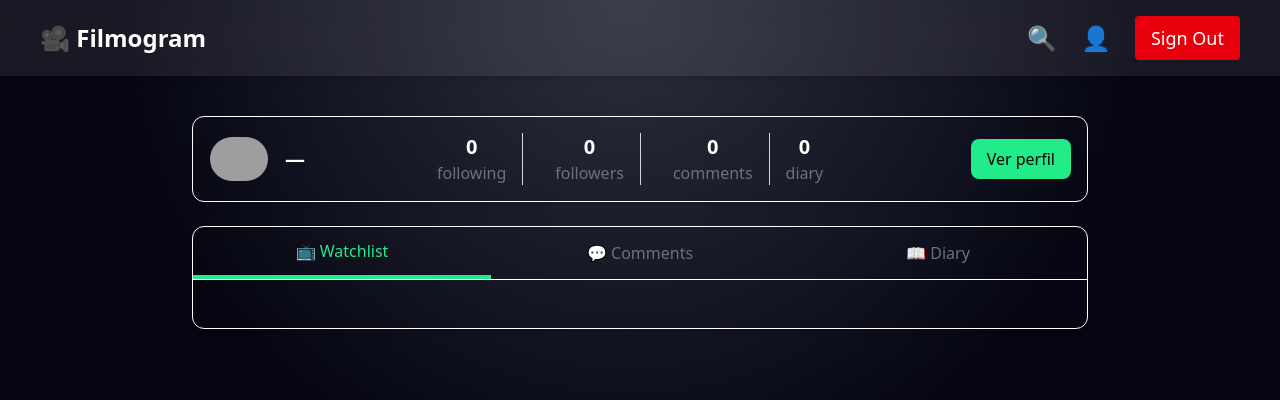
Repository: Leoonard1507/proyecto-final
Page: /client-profile
An editor plug-in stored every save of this project. The page is shown before and after the next save, followed by the edit.
The browser window is 1280 px wide. The pictures show the whole page.
Pictures or frames that could not be fetched are drawn as grey boxes. The page's requests for data from a server got no answer. The project was rebuilt for these pictures with package versions that can differ from the ones it lists, and the page was loaded fresh each time. The framework's server and built-in components were replaced by stand-ins that run in the browser. No one was signed in, and anything a server would have sent is missing. Also part of the build but not shown: next.config.ts, src/app/components/profileSections/userWatchlist.tsx, src/app/components/profileSections/userComments.tsx, src/app/components/profileSections/userDiary.tsx, src/libs/axios.ts, src/app/components/profileSections/searchFavsEdit.tsx, src/app/components/profileSections/addFavoritesModal.tsx, src/app/components/profileSections/FavMoviesList.tsx.

Above is the page before, as saved 2025-05-26 13:54:33.

### src/app/layout.tsx
// app/layout.tsx
"use client";

import { SessionProvider } from "next-auth/react";
import "../styles/globals.css";
import { ToastContainer } from 'react-toastify';
import 'react-toastify/dist/ReactToastify.css';


export default function RootLayout({ children }: { children: React.ReactNode }) {
  return (
    <html lang="es">
      <head>
        <title>Filmogram</title>
        <meta name="description" content="Gestiona tu perfil en El Santuario." />
      </head>
      <body className="flex flex-col text-white antialiased">
        {/* Fondo con contenedor dedicado */}
        <div className="min-h-screen w-full bg-radial-pattern">
          <SessionProvider>{children}</SessionProvider>
        </div>
        <ToastContainer />
      </body>
    </html>
  );
}

### src/app/client-profile/page.tsx
"use client";

import { useState, useEffect } from "react";
import { useSession } from "next-auth/react";
import Image from "next/image";
import Navbar from "@/app/components/Navbar";
import { toast } from "react-toastify";
import Watchlist from "../components/profileSections/userWatchlist";
import Comments from "../components/profileSections/userComments";
import Diary from "../components/profileSections/userDiary";
import FavoriteMoviesSection from "../components/profileSections/addFavoritesModal"; // para elegir favs
import FavoriteMoviesList from "../components/profileSections/FavMoviesList"; // para mostrar las favs en el perfil

export default function ProfilePage() {
  const { data: session } = useSession();

  const [name, setName] = useState("");
  const [nickname, setNickname] = useState("");
  const [usermail, setUsermail] = useState("");
  const [role, setRole] = useState("");
  const [birthdate, setBirthdate] = useState("");
  const [loading, setLoading] = useState(false);
  const [isModalOpen, setIsModalOpen] = useState(false);
  const [description, setDescription] = useState("");
  const [avatar, setAvatar] = useState("");
  const [userId, setUserId] = useState("");
  const [showDetails, setShowDetails] = useState(false);
  const [isPasswordModalOpen, setIsPasswordModalOpen] = useState(false);
  const [currentPassword, setCurrentPassword] = useState("");
  const [newPassword, setNewPassword] = useState("");
  const [repeatPassword, setRepeatPassword] = useState("");
  const [activeTab, setActiveTab] = useState("watchlist");
  const [followingCount, setFollowingCount] = useState<number | null>(null);
  const [followerCount, setFollowerCount] = useState<number | null>(null);
  const [commentsCount, setCommentsCount] = useState<number | null>(null);
  const [diaryCount, setDiaryCount] = useState<number | null>(null);

  useEffect(() => {
    if (session?.user?.id) {
      setUserId(session.user.id);
      fetchUserData(session.user.id);
      fetchFollowingCount(session.user.id);
      fetchFollowerCount(session.user.id);
      fetchCommentsCount(session.user.id);
      fetchDiaryCount(session.user.id);
    }
  }, [session]);

  const fetchFollowingCount = async (userId: string) => {
    try {
       const res = await fetch(`/api/seguidos/${userId}`);
      if (!res.ok) throw new Error("Failed to fetch following count");
      const data = await res.json();
      setFollowingCount(data[0]?.following_count ?? 0);
    } catch (error) {
      console.error("Error fetching following count:", error);
      setFollowingCount(0);
    }
  };

  const fetchFollowerCount = async (userId: string) => {
    try {
       const res = await fetch(`/api/seguidores/${userId}`);
      if (!res.ok) throw new Error("Failed to fetch follower count");
      const data = await res.json();
      setFollowerCount(data[0]?.followers_count ?? 0);
    } catch (error) {
      console.error("Error fetching follower count:", error);
      setFollowerCount(0);
    }
  };

  const fetchCommentsCount = async (userId: string) => {
    try {
       const res = await fetch(`/api/countComments/${userId}`);
      if (!res.ok) throw new Error("Failed to fetch comments count");
      const data = await res.json();
      setCommentsCount(data[0]?.comments_count ?? 0);
    } catch (error) {
      console.error("Error fetching comments count:", error);
      setCommentsCount(0);
    }
  };

  const fetchDiaryCount = async (userId: string) => {
    try {
       const res = await fetch(`/api/countDiary/${userId}`);
      if (!res.ok) throw new Error("Failed to fetch diary count");
      const data = await res.json();
      setDiaryCount(data[0]?.diarys_count ?? 0);
    } catch (error) {
      console.error("Error fetching diary count:", error);
      setDiaryCount(0);
    }
  };

  const fetchUserData = async (userId: string) => {
    try {
      const res = await fetch(`/api/user/${userId}`);
      if (!res.ok) throw new Error("No se pudo obtener el usuario");
      const user = await res.json();

      setName(user.name || "");
      setUsermail(user.email || "");
      setRole(user.role || "");
      setBirthdate(user.birthdate || "");
      setNickname(user.nickName || "");
      setDescription(user.description || "");
      setAvatar(user.avatar || `https://api.dicebear.com/7.x/bottts/png?seed=${user.id}`);
      // setFavoriteMovies(user.favorites || []); // Si decides usar favoritas aquí
    } catch (error) {
      console.error("Error al cargar datos del usuario:", error);
    }
  };

  const updateUserProfile = async () => {
    setLoading(true);
    try {
      const dataToSend = {
        nickname,
        name,
        email: usermail,
        role,
        description,
        birthdate,
        avatar,
        currentPassword,
        newPassword,
        // favorites: favoriteMovies,
      };

      const response = await fetch("/api/user/update", {
        method: "POST",
        headers: { "Content-Type": "application/json" },
        body: JSON.stringify(dataToSend),
      });

      if (!response.ok) {
        const errorData = await response.json();
        console.error("Error en la respuesta:", errorData);
        throw new Error(errorData.message || "Error al actualizar el perfil");
      }

      const responseData = await response.json();
      toast.success(responseData.message);

      setIsModalOpen(false);
      setIsPasswordModalOpen(false);
      setCurrentPassword("");
      setNewPassword("");
      setRepeatPassword("");
      await fetchUserData(userId);
    } catch (error: any) {
      toast.error(error.message || "Error al actualizar el perfil");
      console.error(error);
    } finally {
      setLoading(false);
    }
  };

  const handleSubmit = (e: React.FormEvent) => {
    e.preventDefault();
    updateUserProfile();
  };

  return (
    <div className="min-h-screen text-white">
      {/* Navbar */}
      <Navbar />
      {/* Contenedor de perfil */}
      <div className="max-w-4xl mx-auto mt-10 space-y-6">
        {/* Perfil compacto */}
        <div className="flex items-center justify-between border rounded-xl shadow-md p-4">
          <div className="flex items-center space-x-4">
            <Image
              src={avatar || "https://api.dicebear.com/7.x/bottts/png?seed=default"}
              alt="Avatar"
              width={60}
              height={60}
              className="rounded-full border"
            />
            <span className="text-xl font-semibold">{nickname || "—"}</span>
            <div className="flex flex-col ml-25 items-center border-r border-gray-300 px-4">
              <span className="text-base font-semibold text-xl">
                {followingCount !== null ? followingCount : "0"}
              </span>
              <span className="text-base text-gray-500">following</span>
            </div>
            <div className="flex flex-col items-center border-r border-gray-300 px-4">
              <span className="text-base font-semibold text-xl">
                 {followerCount !== null ? followerCount : "0"}
              </span>
              <span className="text-base text-gray-500">followers</span>
            </div>
            <div className="flex flex-col items-center border-r border-gray-300 px-4">
              <span className="text-base font-semibold text-xl">
                 {commentsCount !== null ? commentsCount : "0"}
              </span>
              <span className="text-base text-gray-500">comments</span>
            </div>
            <div className="flex flex-col items-center">
              <span className="text-base font-semibold text-xl">
                 {diaryCount !== null ? diaryCount : "0"}
              </span>
              <span className="text-base text-gray-500">diary</span>
            </div>
          </div>
          <button
            onClick={() => setShowDetails((prev) => !prev)}
            className="bg-[#22ec8a] text-black px-4 py-2 rounded-lg hover:opacity-70 transition"
          >
            {showDetails ? "Ocultar perfil" : "Ver perfil"}
          </button>
        </div>

        {/* Perfil detallado */}
        {showDetails && (
          <div className="border rounded-xl shadow-inner p-6 space-y-6">
            <div className="grid grid-cols-1 sm:grid-cols-2 gap-4">
              <ProfileField label="Nombre completo" value={name} />
              <ProfileField label="Correo" value={usermail} />
              <ProfileField label="Fecha de nacimiento" value={birthdate} />
              <ProfileField label="Rol" value={role} />
              <div className="sm:col-span-2">
                <ProfileField label="Descripción" value={description} />
              </div>
            </div>
            <div className="flex space-x-4">
              <button
                type="button"
                disabled={loading}
                onClick={() => setIsModalOpen(true)}
                className="bg-[#22ec8a] text-black px-4 py-2 rounded-md hover:opacity-70 transition"
              >
                Editar perfil
              </button>
              <button
                type="button"
                disabled={loading}
                onClick={() => setIsPasswordModalOpen(true)}
                className="bg-gray-200 text-gray-800 px-4 py-2 rounded-md hover:bg-gray-300 transition"
              >
                Cambiar contraseña
              </button>
            </div>
          </div>
        )}

        {/* Mostrar las favoritas */}
        {userId && (
          <div className="border rounded-xl shadow-md p-6 mt-6">
            <FavoriteMoviesList userId={userId} />
          </div>
        )}

        {/* Tabs para mostrar contenido */}
        <div className="border rounded-xl shadow-md">
          <div className="flex border-b">
            <button
              onClick={() => setActiveTab("watchlist")}
              className={`flex-1 py-3 text-center font-medium ${
                activeTab === "watchlist"
                  ? "border-b-4 border-[#22ec8a] text-[#22ec8a]"
                  : "text-gray-500 hover:text-[#22ec8a]"
              }`}
            >
              📺 Watchlist
            </button>
            <button
              onClick={() => setActiveTab("comments")}
              className={`flex-1 py-3 text-center font-medium ${
                activeTab === "comments"
                  ? "border-b-4 border-[#22ec8a] text-[#22ec8a]"
                  : "text-gray-500 hover:text-[#22ec8a]"
              }`}
            >
              💬 Comments
            </button>
            <button
              onClick={() => setActiveTab("diary")}
              className={`flex-1 py-3 text-center font-medium ${
                activeTab === "diary"
                  ? "border-b-4 border-[#22ec8a] text-[#22ec8a]"
                  : "text-gray-500 hover:text-[#22ec8a]"
              }`}
            >
              📖 Diary
            </button>
          </div>
          <div className="p-6">
            {activeTab === "watchlist" && userId && <Watchlist userId={userId} />}
            {activeTab === "comments" && userId && <Comments userId={userId} />}
            {activeTab === "diary" && userId && <Diary userId={userId} />}
          </div>
        </div>
      </div>

      {/* Modal cambiar contraseña */}
      {isPasswordModalOpen && (
        <div className="fixed inset-0 bg-black bg-opacity-40 flex justify-center items-center z-50">
          <div className="bg-white text-black p-8 rounded-lg max-w-md w-full relative shadow-lg">
            <button
              onClick={() => setIsPasswordModalOpen(false)}
              className="absolute top-3 right-3 text-gray-600 hover:text-gray-800 text-xl"
              aria-label="Close password modal"
            >
              ✖
            </button>

            <h2 className="text-2xl font-bold mb-5">Change Password</h2>

            <form
              onSubmit={async (e) => {
                e.preventDefault();
                if (newPassword !== repeatPassword) {
                  alert("Las contraseñas nuevas no coinciden.");
                  return;
                }

                try {
                  await updateUserProfile();
                  setIsPasswordModalOpen(false);
                  setCurrentPassword("");
                  setNewPassword("");
                  setRepeatPassword("");
                } catch (err) {
                  alert(err);
                  console.error(err);
                }
              }}
              className="space-y-4"
            >
              <Input label="Current password" value={currentPassword} onChange={setCurrentPassword} type="password" />
              <Input label="New password" value={newPassword} onChange={setNewPassword} type="password" />
              <Input label="Repeat new password" value={repeatPassword} onChange={setRepeatPassword} type="password" />

              <button
                type="submit"
                className="bg-blue-600 text-white w-full p-2 rounded-lg hover:bg-blue-700 transition"
              >
                Save New Password
              </button>
            </form>
          </div>
        </div>
      )}

      {/* Modal editar perfil */}
      {isModalOpen && (
        <div className="fixed inset-0 bg-black bg-opacity-40 flex justify-center items-center z-50">
          <div className="bg-white text-black p-6 rounded-lg max-w-xl w-full relative shadow-lg space-y-4">
            <button
              onClick={() => setIsModalOpen(false)}
              className="absolute top-3 right-3 text-gray-600 hover:text-gray-800 text-xl"
              aria-label="Close profile edit modal"
            >
              ✖
            </button>

            <h2 className="text-2xl font-bold">Editar perfil</h2>

            <form onSubmit={handleSubmit} className="space-y-4">
              <div>
                <label className="block font-medium mb-1">Avatar</label>
                <div className="flex space-x-3">
                  {["cat", "robot", "alien", "monster", "Sawyer"].map((type) => {
                    const url = `https://api.dicebear.com/7.x/bottts/png?seed=${type}`;
                    return (
                      <Image
                        key={type}
                        src={url}
                        alt={`avatar ${type}`}
                        width={60}
                        height={60}
                        onClick={() => setAvatar(url)}
                        className={`cursor-pointer rounded-full border-2 ${
                          avatar === url ? "border-blue-600" : "border-transparent"
                        }`}
                      />
                    );
                  })}
                </div>
              </div>

              <Input label="Nombre" value={name} onChange={setName} />
              <Input label="Apodo" value={nickname} onChange={setNickname} />
              <Input label="Fecha de nacimiento" value={birthdate} onChange={setBirthdate} />
              <Input label="Descripción" value={description} onChange={setDescription} />

              {/* la sección de películas favoritas */}
              <div>
                <h3 className="font-semibold mb-1">Favorite films</h3>
                {session?.user?.id && <FavoriteMoviesSection userId={session.user.id} />}
              </div>

              <button
                type="submit"
                className="bg-blue-600 text-white w-full py-2 rounded hover:bg-blue-700 disabled:opacity-50"
                disabled={loading}
              >
                {loading ? "Saving..." : "Save Changes"}
              </button>
            </form>
          </div>
        </div>
      )}
    </div>
  );
}

// Componente reutilizable para mostrar campos
function ProfileField({ label, value }: { label: string; value: string }) {
  return (
    <div>
      <label className="block text-sm font-medium text-[#22ec8a] mb-1">{label}</label>
      <p className="text-white border border-gray-700 rounded p-2">{value || "—"}</p>
    </div>
  );
}

// Componente reutilizable de inputs
function Input({
  label,
  value,
  onChange,
  type = "text",
}: {
  label: string;
  value: string;
  onChange: (val: string) => void;
  type?: string; // Nuevo prop opcional
}) {
  return (
    <div>
      <label className="block text-sm font-medium mb-1">{label}</label>
      <input
        type={type}
        value={value}
        onChange={(e) => onChange(e.target.value)}
        className="w-full border border-gray-300 p-2 rounded"
      />
    </div>
  );
}

### src/styles/globals.css
@import "tailwindcss";

html, body {
  margin: 0;
  padding: 0;
  box-sizing: border-box;
}

* {
  box-sizing: inherit;
}

/* Fondo radial aplicado sólo a una clase */
.bg-radial-pattern {
  background: radial-gradient(circle at 49% 0, #2d2f3d, #070714 51%, #060613 52%);
  background-repeat: no-repeat;
  background-size: cover;
  background-attachment: fixed;
}

@layer utilities {
  .mask-fade {
    -webkit-mask-image: radial-gradient(circle, rgba(0, 0, 0, 1) 0%, rgba(0, 0, 0, 0) 100%);
    mask-image: radial-gradient(circle, rgba(0, 0, 0, 1) 0%, rgba(0, 0, 0, 0) 100%);
  }
}

/* Para movie-details */
.fade-mask-movie-details {
  -webkit-mask-image: linear-gradient(to bottom, rgba(0, 0, 0, 1) 10%, rgba(0, 0, 0, 0));
  mask-image: linear-gradient(to bottom, rgba(0, 0, 0, 1) 10%, rgba(0, 0, 0, 0));
  -webkit-mask-size: 100% 100%;
  mask-size: 100% 100%;
  -webkit-mask-repeat: no-repeat;
  mask-repeat: no-repeat;
}

.custom-scrollbar {
  scrollbar-width: thick;
  scrollbar-color: #333 #222;
  overflow-x: auto; /* Para el desplazamiento horizontal */
  overflow-y: auto;
}

.custom-scrollbar::-webkit-scrollbar {
  height: 20px;
}

.custom-scrollbar::-webkit-scrollbar-track {
  background: #222;
}

.custom-scrollbar::-webkit-scrollbar-thumb {
  background: #333;
  border-radius: 10px;
}

.custom-scrollbar::-webkit-scrollbar-thumb:hover {
  background: #6b6b6b;
}

### src/app/components/Navbar.tsx
'use client';

import Link from 'next/link';
import { useRouter } from 'next/navigation';

export default function Navbar() {
    const router = useRouter();

    const handleLogout = () => {
        // Aquí podrías limpiar cookies, localStorage, o llamar a un endpoint
        // Por ahora simulamos cierre de sesión redirigiendo al login
        // localStorage.removeItem('token'); (si lo usas)
        router.push('/');
    };

    return (
        <nav className="sticky top-0 z-50 text-white px-10 py-4 flex justify-between items-center shadow-md bg-white/8 backdrop-blur-md">
            <div className="text-2xl font-bold">
                <Link href="/home-page">🎥 Filmogram</Link>
            </div>
            <ul className="flex space-x-6 items-center text-lg">
                <li>
                    <Link href="/search" className="hover:text-red-400 transition text-2xl">🔍</Link>
                </li>
                <li>
                    <Link href="/client-profile" className="hover:text-red-400 transition text-2xl">👤</Link>
                </li>
                <li>
                    <button
                        onClick={handleLogout}
                        className="bg-red-600 px-4 py-2 rounded hover:bg-red-700 transition"
                    >
                        Sign Out
                    </button>
                </li>
            </ul>
        </nav>
    );
}

After the next save:
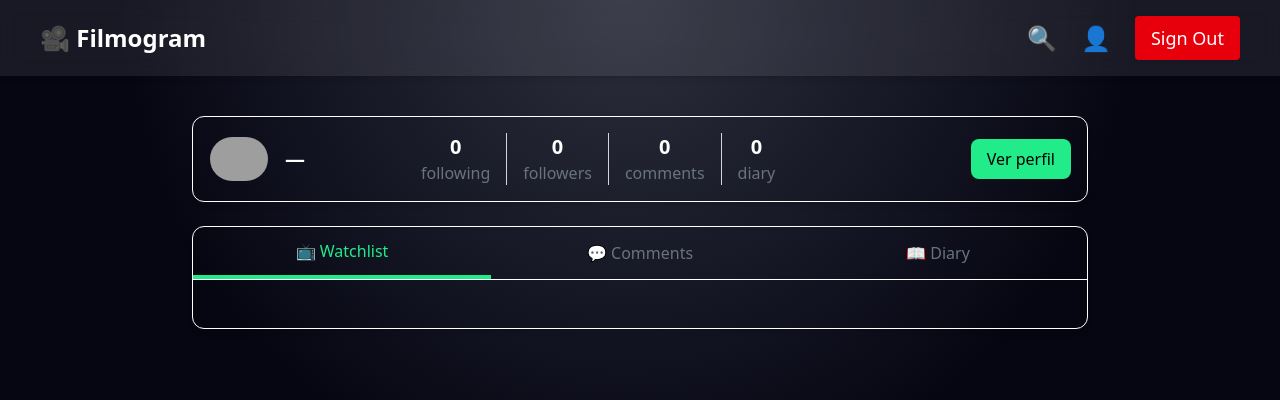
Saved 47 s later.
--- a/src/app/client-profile/page.tsx
+++ b/src/app/client-profile/page.tsx
@@ -180,19 +180,19 @@ export default function ProfilePage() {
               className="rounded-full border"
             />
             <span className="text-xl font-semibold">{nickname || "—"}</span>
-            <div className="flex flex-col ml-25 items-center border-r border-gray-300 px-4">
+            <div className="flex flex-col ml-25 items-center border-r border-gray-300 pr-4">
               <span className="text-base font-semibold text-xl">
                 {followingCount !== null ? followingCount : "0"}
               </span>
               <span className="text-base text-gray-500">following</span>
             </div>
-            <div className="flex flex-col items-center border-r border-gray-300 px-4">
+            <div className="flex flex-col items-center border-r border-gray-300 pr-4">
               <span className="text-base font-semibold text-xl">
                  {followerCount !== null ? followerCount : "0"}
               </span>
               <span className="text-base text-gray-500">followers</span>
             </div>
-            <div className="flex flex-col items-center border-r border-gray-300 px-4">
+            <div className="flex flex-col items-center border-r border-gray-300 pr-4">
               <span className="text-base font-semibold text-xl">
                  {commentsCount !== null ? commentsCount : "0"}
               </span>
